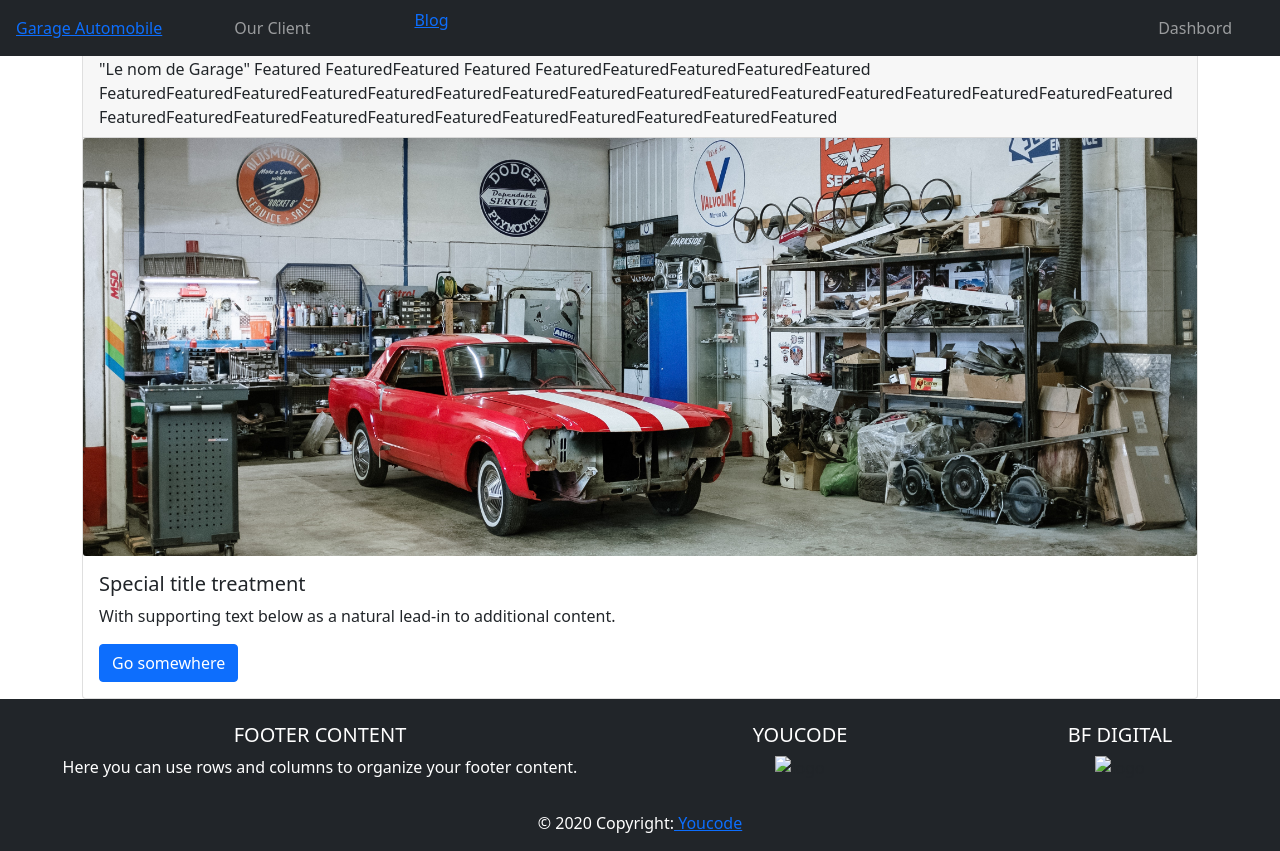
Repository: abdelhak-f/Fil-Rouge
Page: /Blog (app in client/)
The author's editor kept a copy of each file at every save. The page is drawn from the files as they stood at one save, then again after the next save.
The browser window is 1280 px wide. The pictures show the whole page.
The project was rebuilt for these pictures with package versions that can differ from the ones it lists, and the page was loaded fresh each time. Also part of the build but not shown: client/src/components/Text.jsx, client/src/components/forms/FirstFrontForm.jsx, client/src/components/Body.jsx.

Above is the page before, as saved 2021-09-07 16:35:44.

After the next save:
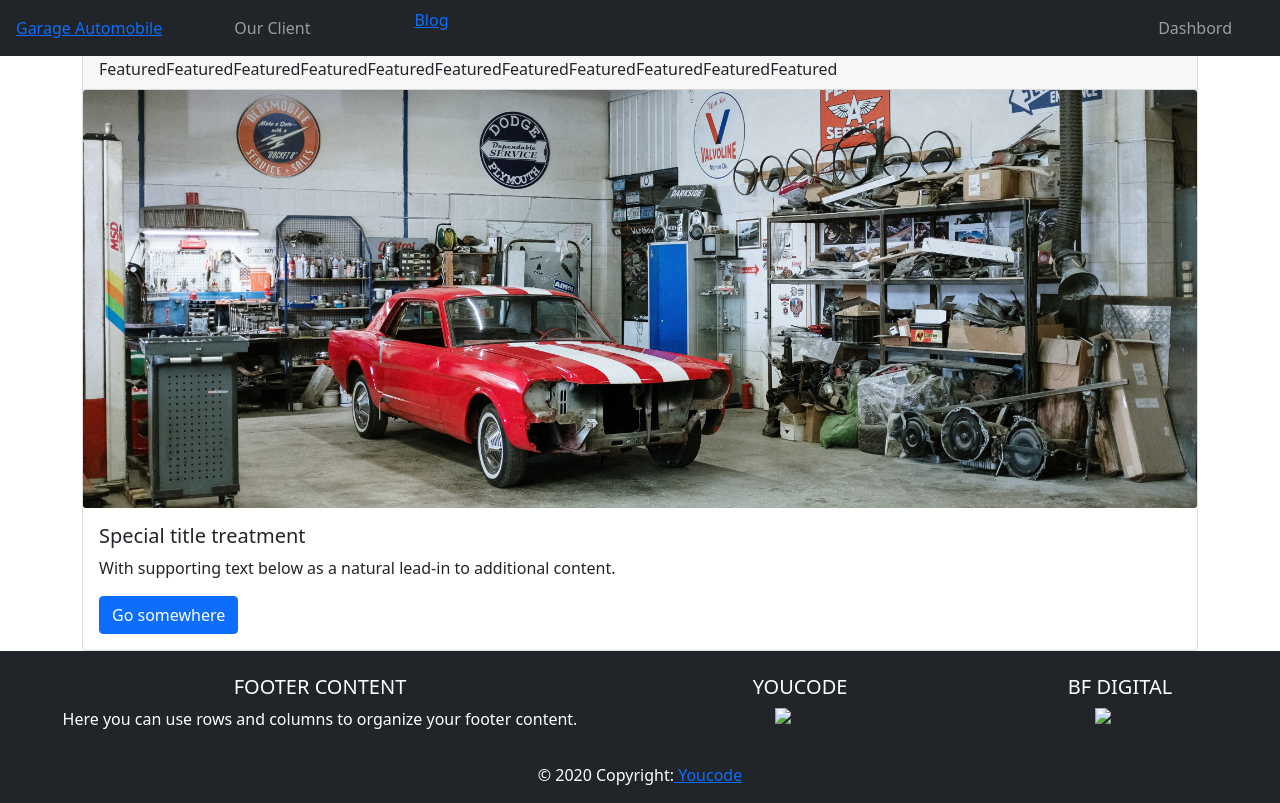
Saved 73 s later.
--- a/client/src/components/Blog.jsx
+++ b/client/src/components/Blog.jsx
@@ -5,7 +5,7 @@ import image from '../images/image.jpg';
 function Blog() {
   return (
 
-     <Container  className="mt-5" >
+     <Container  className="Blog" >
          <Card >
            <Card.Header  >"Le nom de Garage"  Featured FeaturedFeatured Featured FeaturedFeaturedFeaturedFeaturedFeatured FeaturedFeaturedFeaturedFeaturedFeaturedFeaturedFeaturedFeaturedFeaturedFeaturedFeaturedFeaturedFeaturedFeaturedFeaturedFeaturedFeaturedFeaturedFeaturedFeaturedFeaturedFeaturedFeaturedFeaturedFeaturedFeaturedFeatured</Card.Header>
             <Card.Img  src={image} />
